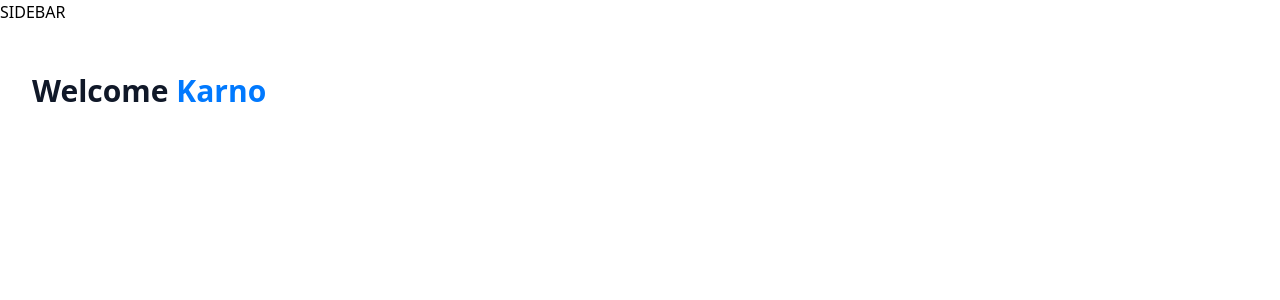
Repository: KarnoSarker/Banking
Page: /
These files come from the project's save history. The page is drawn as it stood at one moment and after the next save; the edit follows.
The browser window is 1280 px wide. The pictures show the whole page.
The project was rebuilt for these pictures with package versions that can differ from the ones it lists, and the page was loaded fresh each time. The framework's server and built-in components were replaced by stand-ins that run in the browser. Also part of the build but not shown: next.config.mjs.

Above is the page before, as saved 2024-05-14 12:13:37.

After the next save:
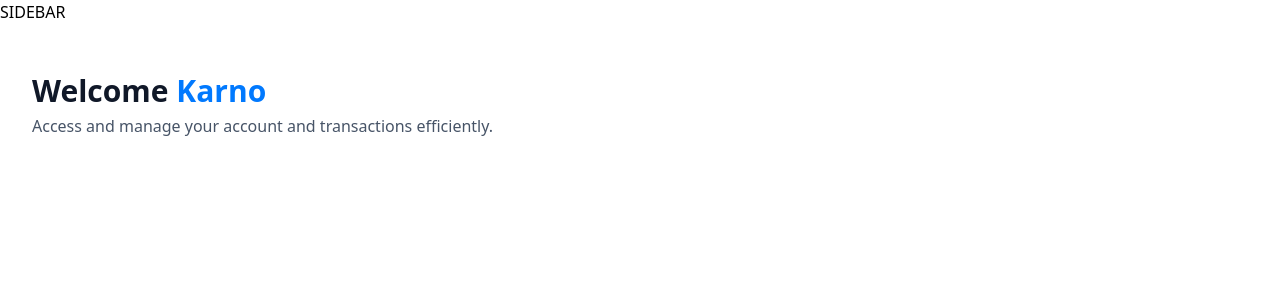
Saved 78 s later.
--- a/components/HeaderBox.tsx
+++ b/components/HeaderBox.tsx
@@ -14,6 +14,7 @@ const HeaderBox = ({
           <span className='text-bankGradient'>&nbsp;{user}</span>
         )}
       </h1>
+      <p className='header-box-subtext'>{subtext}</p>
     </div>
   );
 };
